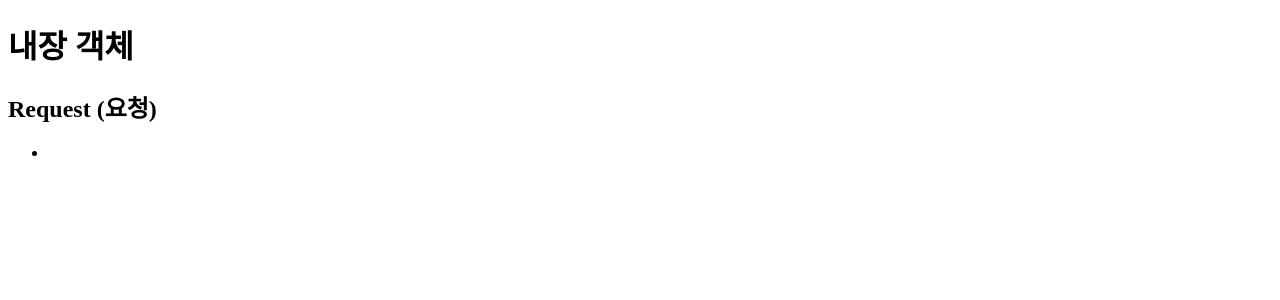
Repository: joeunpyeong/javaA
Page: http://localhost/04.Implicit/
The author's editor kept a copy of each file at every save. The page is drawn from the files as they stood at one save, then again after the next save.
The browser window is 1280 px wide. The pictures show the whole page.
The page is served by Tomcat 9. Other server files are loaded and not shown.

Above is the page before, as saved 2023-05-22 01:40:17.

### 04.Implicit/src/main/webapp/index.jsp
<%@ page language="java" contentType="text/html; charset=UTF-8"
    pageEncoding="UTF-8"%>
<!DOCTYPE html>
<html>
<head>
<meta charset="UTF-8">
<title>Insert title here</title>
</head>
<body>
	<h1>내장 객체</h1>
	<h2>Request (요청)</h2>
	<ul>
		<li><a href="Ex01_Request/Ex00_IntoRequest.jsp"></a></li>
	</ul>


</body>
</html>

After the next save:
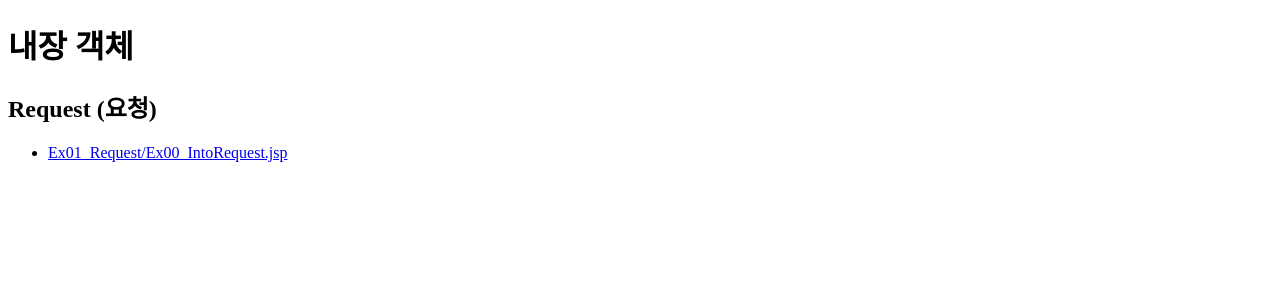
Saved 104 s later.
--- a/04.Implicit/src/main/webapp/index.jsp
+++ b/04.Implicit/src/main/webapp/index.jsp
@@ -10,7 +10,7 @@
 	<h1>내장 객체</h1>
 	<h2>Request (요청)</h2>
 	<ul>
-		<li><a href="Ex01_Request/Ex00_IntoRequest.jsp"></a></li>
+		<li><a href="Ex01_Request/Ex00_IntoRequest.jsp">Ex01_Request/Ex00_IntoRequest.jsp</a></li>
 	</ul>
 
 
